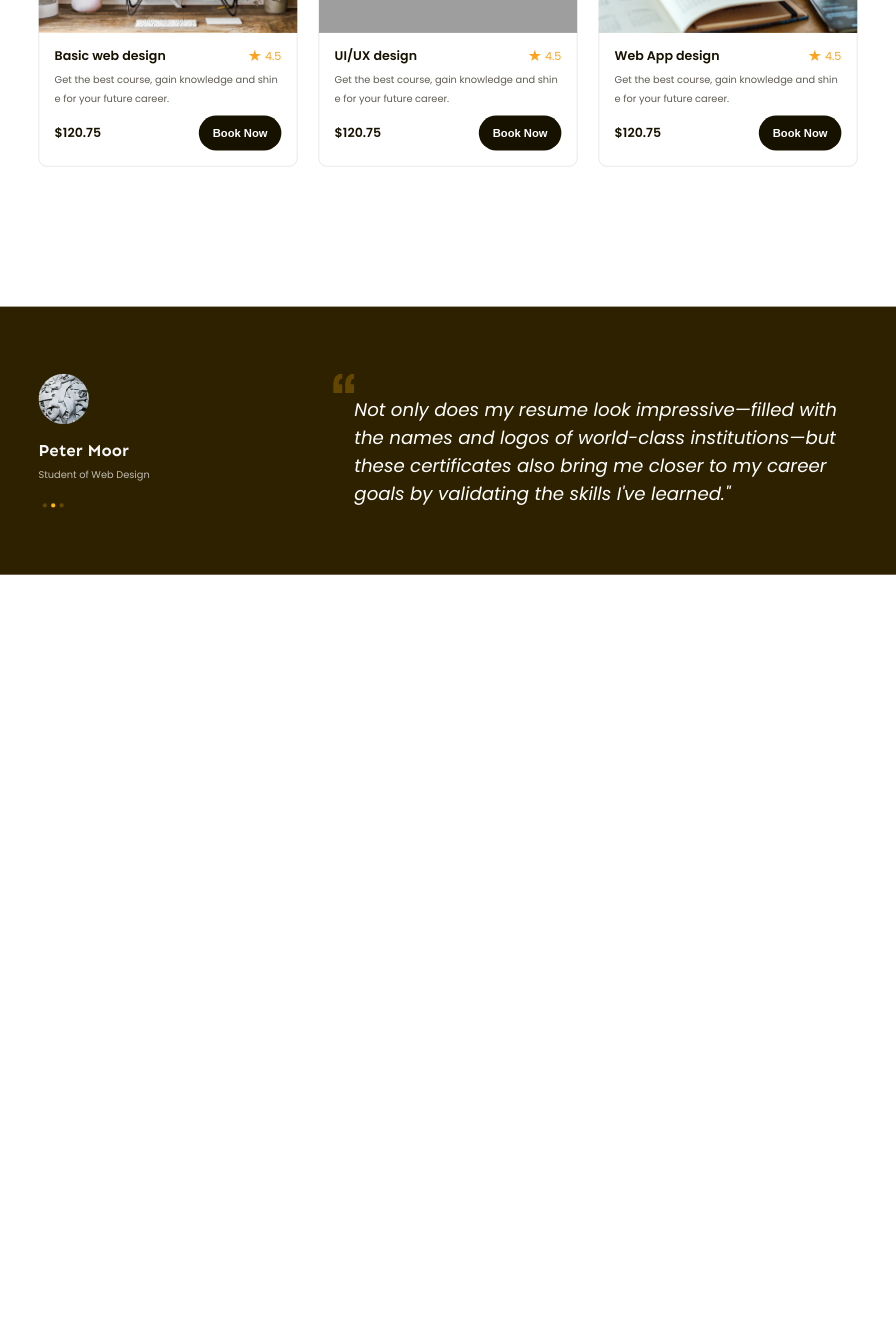
Repository: dovanlanh/f8-project-02
Page: index.html
The author's editor kept a copy of each file at every save. The page is drawn from the files as they stood at one save, then again after the next save.
The browser window is 1280 px wide. The pictures show the part of the page from y = 1510 to 3430 px (the page is 10000 px tall), at 70% of full size.
Pictures or frames that could not be fetched are drawn as grey boxes.

Above is the page before, as saved 2023-02-05 23:53:06.

### index.html
<!DOCTYPE html>
<html lang="en">
<head>
    <meta charset="UTF-8">
    <meta http-equiv="X-UA-Compatible" content="IE=edge">
    <meta name="viewport" content="width=device-width, initial-scale=1.0">
    <title>F8 Project 02</title>
    <!-- reset css -->
    <link rel="stylesheet" href="./assets/css/reset.css">
    <!-- embed fonts -->
    <link rel="preconnect" href="https://fonts.googleapis.com">
    <link rel="preconnect" href="https://fonts.gstatic.com" crossorigin>
    <link href="https://fonts.googleapis.com/css2?family=Poppins:ital,wght@0,400;0,500;0,600;0,700;1,400&family=Sen:wght@700&display=swap" rel="stylesheet">
    <!-- style -->
    <link rel="stylesheet" href="./assets/css/styles.css">
</head>
<body>
    <main style=" height: 10000px">
        <!-- header  -->
        <header class="header fixed">
            <div class="main-content">
                    <div class="body">
                        <!-- logo -->
                        <img src="./assets/img/Lesson.svg" alt="Lesson" class="Logo">
                        <!-- nav -->
                        <nav class="nav">
                            <ul>
                                <li class="active">
                                    <a href="#!">Home</a>
                                </li>
                                <li>
                                    <a href="#!">Courses</a>
                                </li>
                                <li>
                                    <a href="#!">Pricing</a>
                                </li>
                                <li>
                                    <a href="#!">Reviews</a>
                                </li>
                            </ul>
                        </nav>
                        <!-- active -->
                        <div class="action">
                            <a href="#!" class="btn sign-up-btn">Sign Up</a>
                        </div>
                    </div>
            </div>
        </header>
        <!-- Hero -->
        <div class="hero">
            <div class="main-content">
                <div class="body">
                    <!-- Hero left -->
                    <div class="media-block">
                        <img src="./assets/img/guy-lesson.svg" alt="" class="img">
                        <div class="hero-summary">
                            <div class="item">
                                <div class="icon">
                                    <img src="./assets/img/list-icon1.svg" alt="">
                                </div>
                                <div class="info">
                                    <p class="label">20 Courses</p>
                                    <p class="tittle">UI/UX Design</p>
                                </div>
                            </div>
                            <div class="item">
                                <div class="icon">
                                    <img src="./assets/img/list-icon2.svg" alt="">
                                </div>
                                <div class="info">
                                    <p class="label">20 Courses</p>
                                    <p class="tittle">Development</p>
                                </div>
                            </div>
                            <div class="item">
                                <div class="icon">
                                    <img src="./assets/img/list-icon3.svg" alt="">
                                </div>
                                <div class="info">
                                    <p class="label">30 Courses</p>
                                    <p class="tittle">Marketing</p>
                                </div>
                            </div>
                        </div>
                    </div>
                    <!-- hero-right -->
                    <div class="content-block">
                        <h1 class="heading lv1">Learn without limits and spread knowledge.</h1>
                        <p class="desc">
                            Build new skills for that “this is my year” feeling with courses, certificates, and degrees from world-class universities and companies.
                        </p>
                            <div class="cta-group">
                                <a href="#!" class="btn hero-cta">See Courses</a>
                                <button class="watch-video">
                                    <div class="icon">
                                        <img src="./assets/img/icon-watch-video.svg" alt="">
                                    </div>
                                    <span>Watch Video</span>
                                </button>
                            </div>
                        <p class="desc">Recent engagement</p>
                        <div class="desc stats">
                            <strong>50K</strong>Students
                            <strong>70+</strong>Courses
                        </div>
                    </div>
                </div>
            </div>
        </div>
        <!-- Popular -->
        <div class="popular">
            <div class="main-content">
                <!-- popular top -->
                <div class="popular-top">
                    <div class="info">
                        <h2 class="heading lv2">Our popular courses</h2>
                        <p class="desc">Build new skills with new trendy courses and shine for the next future career.</p>
                    </div>
                    <div class="controls">
                        <button class="control-btn">
                            <svg width="8" height="14" viewBox="0 0 8 14" fill="none" xmlns="http://www.w3.org/2000/svg">
                                <path d="M7 1L1 7L7 13" stroke="currentColor" stroke-linecap="round" stroke-linejoin="round"/>
                            </svg>
                        </button>
                        <button class="control-btn">
                            <svg width="8" height="14" viewBox="0 0 8 14" fill="none" xmlns="http://www.w3.org/2000/svg">
                                <path d="M1 1L7 7L1 13" stroke="currentColor" stroke-linecap="round" stroke-linejoin="round"/>
                            </svg>
                        </button>
                    </div>
                </div>
                <!-- popular-bottom -->
                <div class="course-list">
                    <!-- course item 1 -->
                    <div class="course-item">
                        <img src="./assets/img/img-popular/course1.jpg" alt="Basic web design" class="thumb">
                        <div class="info">
                            <div class="head">
                                <h3 class="tittle line-clamp break-all">Basic web design</h3>
                                <div class="rating">
                                    <img src="./assets/img/Star.svg" alt="star" class="star">
                                    <span class="value">4.5</span>
                                </div>
                            </div>
                            <p class="desc-course line-clamp line-2 break-all">Get the best course, gain knowledge and shine for your future career.</p>
                            <div class="foot">
                                <span class="price">$120.75</span>
                                <button class="btn">Book Now</button>
                            </div>
                        </div>
                    </div>
                    <!-- course item 2 -->
                    <div class="course-item">
                        <img src="./assets/img/img-popular/course2.jpg" alt="UI/UX design" class="thumb">
                        <div class="info">
                            <div class="head">
                                <h3 class="tittle line-clamp break-all">UI/UX design</h3>
                                <div class="rating">
                                    <img src="./assets/img/Star.svg" alt="star" class="star">
                                    <span class="value">4.5</span>
                                </div>
                            </div>
                            <p class="desc-course line-clamp line-2 break-all">Get the best course, gain knowledge and shine for your future career.</p>
                            <div class="foot">
                                <span class="price">$120.75</span>
                                <button class="btn">Book Now</button>
                            </div>
                        </div>
                    </div>
                    <!-- course item 3 -->
                    <div class="course-item">
                        <img src="./assets/img/img-popular/course3.jpg" alt="Web App design" class="thumb">
                        <div class="info">
                            <div class="head">
                                <h3 class="tittle line-clamp break-all">Web App design</h3>
                                <div class="rating">
                                    <img src="./assets/img/Star.svg" alt="star" class="star">
                                    <span class="value">4.5</span>
                                </div>
                            </div>
                            <p class="desc-course line-clamp line-2 break-all">Get the best course, gain knowledge and shine for your future career.</p>
                            <div class="foot">
                                <span class="price">$120.75</span>
                                <button class="btn">Book Now</button>
                            </div>
                        </div>
                    </div>
                </div>
            </div>
        </div>
        <!-- feedback -->
        <div class="feedback">
            <div class="main-content">
                <div class="feedback-list">
                    <div class="feedback-item">
                        <!-- fdb-left -->
                        <div class="info">
                            <img src="./assets/img/img-quotes.jpg" alt="Peter Moor" class="feedback-avt">
                            <p class="tittle-fdb">Peter Moor</p>
                            <p class="desc-fdb">Student of Web Design</p>
                            <div class="dots">
                                <span class="dot"></span>
                                <span class="dot active"></span>
                                <span class="dot"></span>
                            </div>
                        </div>
                        <!-- fdb-right -->
                        <div class="content-fdb">
                            <img src="./assets/img/open-quotes.svg" alt="open quotes" class="open-quotes">
                            <blockquote>
                                Not only does my resume look impressive—filled with the names and logos of world-class institutions—but these certificates also bring me closer to my career goals by validating the skills I've learned."
                            </blockquote>
                        </div>
                    </div>
                </div>
            </div>
        </div>
    </main>
</body>
</html>

### assets/css/styles.css
* {
    box-sizing: border-box;
}
:root {
    --font-heading: sen, sans-serif;
    --primary-color:#FFB900;
}
html,
body {
    scroll-behavior: smooth;
    font-size: 62.5%;
}

html {
    font-size: 62.5%;
}

body {
    font-size: 1.6rem;
    font-family: 'Poppins', sans-serif;
}

/* common */
.break-all {
    word-break: break-all;
}
.line-clamp {
    display: -webkit-box;
    -webkit-line-clamp: var(--line-clamp, 1);
    -webkit-box-orient: vertical;
    overflow: hidden;
}
.line-clamp.line-2 {
    --line-clamp: 2;
}
.heading {
    font-family: var(--font-heading);
    font-weight: 700;
    letter-spacing: -0.02em;
    color: #171100;
}
a {
    text-decoration: none;
}
.main-content {
    width: 1170px;
    max-width: calc(100% - 48px);
    margin-left: auto;
    margin-right: auto;
}
.btn {
    min-width: 118px;
    display: inline-block;
    padding: 0 16px;
    align-items: center;
    line-height: 50px;
    font-weight: 600;
    font-size: 1.6rem;
    text-align: center;
    color: #FFFFFF;
    background: #171100;
    border-radius: 999px;
}
.btn:hover {
    opacity: 0.9;
}
/* header */
.header {
    background:#FFFCF4;
}
.header.fixed {
    position: sticky;
    top: -32px;
    z-index: 1;
}
.header .body {
    display: flex;
    align-items: center;
    padding: 36px 0 8px;
}
.nav ul {
    display: flex;
}

.nav {
    margin-left: auto;
}
.nav a {
    position: relative;
    padding: 8px 21px;
    font-weight: 400;
    font-size: 1.6rem;
    color: #5F5B53;
}
.nav a:hover,
.nav li.active a {
    text-shadow: 1px 0 0 currentColor;
    color: #171100;
}
.nav li.active a::after {
    left: 21px;
    bottom: 6px;
    display: block;
    content: "";
    position: absolute;
    width: 12px;
    height: 2px;
    background: #171100;
    border-radius: 1px;
}
.header .sign-up-btn {
    min-width: 144px;
}
.header .action {
    margin-left: 49px;
}

/* hero */
.hero {
    padding: 56px 0 65px;
    background:#FFFCF4;
}
.hero .body {
    display: flex;
}
/* hero left */
.hero .media-block {
    width: 48%;
    position: relative;
}

.hero .media-block .img {
    width: 470px;
    height: 685px;
    object-fit: cover;
    border-radius: 20px;
    display: block;
}
.hero .media-block .hero-summary {
    position: absolute;
    right: 0;
    bottom: 48px;
}
.hero .hero-summary {
    width: 270px;
    padding: 24px;
    background: #FFFFFF;
    box-shadow: 0px 16px 32px rgba(0, 0, 0, 0.05);
    border-radius: 12px;
}
.hero-summary .item {
    display: flex;
    align-items: center;
}
.hero-summary .icon {
    width: 48px;
    height: 48px;
    border-radius: 50%;
    display: flex;
    align-items: center;
    justify-content: center;
    background: #FFF9E8;
}
.hero-summary .info {
    margin-left: 16px;
}
.hero-summary .label {
    font-weight: 400;
    font-size: 1.4rem;
    line-height: 1.86;
    color: #5F5B53;
}
.hero-summary .tittle {
    font-weight: 600;
    font-size: 1.8rem;
    line-height: 1.67;
    color: #171100;
}
.hero-summary .item + .item {
    margin-top: 22px;
}
.hero-summary .item:nth-of-type(2) .icon {
    background: #FCEFFF;
}
.hero-summary .item:nth-of-type(3) .icon {
    background: #EBEAFF;
}
/* hero right */
.hero .content-block {
    width: 52%;
    padding: 64px 0 0 130px;
}
.hero .content-block .heading.lv1 {
    font-size: 5.8rem;
    line-height: 1.17;
}
.content-block .desc {
    margin-top: 22px;
    font-weight: 400;
    font-size: 1.8rem;
    line-height: 1.67;
    color: #5F5B53;
}
.content-block .cta-group {
    margin: 38px 0 48px;
}
.content-block .cta-group .hero-cta{
    min-width: 180px;
    background-color: var(--primary-color);
    line-height: 64px;
}
.content-block .cta-group {
    display: flex;
    align-items: center;
}
.hero .watch-video {
    margin-left: 28px;
    display: flex;
    align-items: center;
    border: none;
    background: transparent;
    cursor: pointer;

}
.cta-group span {
    font-family: 'poppins', sans-serif;
    margin-left: 14px;
    font-weight: 600;
    font-size: 1.8rem;
    line-height: 1.67;
    color: #171100;
}
.hero .watch-video .icon {
    display: flex;
    align-items: center;
    justify-content: center;
    width: 40px;
    height: 40px;
    background: #FFFFFF;
    box-shadow: 0px 8px 16px rgba(0, 0, 0, 0.07);
    border-radius: 50%;
    cursor: pointer;
}
.hero .watch-video .icon:hover {
    background: orange;
    opacity: 0.5;
}
.hero .stats {
    margin: 8px 0 0 -28px;

}
.hero .stats strong {
    --font-heading: sen, sans-serif;
    padding: 0 8px 0 28px;
    font-weight: 700;
    font-size: 4.4rem;
    line-height: 1.23;
    color: #171100;
}
/* popular */
.popular {
    padding: 65px 0;
    margin-top: 135px;
}
.popular .heading.lv2 {
    font-size: 3.8rem;
    line-height: 1.26;
}
.popular .desc {
    margin-top: 16px;
    width: 458px;
    font-weight: 400;
    font-size: 1.8rem;
    line-height: 1.67;
    color: #5F5B53;
}
.popular .popular-top {
    display: flex;
    justify-content: space-between;
    align-items: center;
}
.popular-top .controls {
    display: flex;
    gap: 18px;
}
.popular-top .control-btn {
    display: flex;
    align-items: center;
    justify-content: center;
    width: 40px;
    height: 40px;
    color: var(--primary-color);
    border: 1px solid var(--primary-color);
    border-radius: 50%;
    background: transparent;
}
.popular-top .control-btn:hover {
    color: #fff;
    background: var(--primary-color);
    cursor: pointer;
}
/* Course list */
.popular .course-list {
    display: flex;
    gap: 30px;
    margin-top: 55px;
}
.popular .course-item {
    flex: 1;
    width: 370px;
    background: #FFFFFF;
    border: 1px solid #E2DFDA;
    border-radius: 12px;
}
.popular .course-item .thumb {
    width: calc(100% + 2px);
    height: 278px;
    margin: -1px;
    object-fit: cover;
    border-radius: 12px 12px 0px 0px;
}
.popular .course-item .info {
    padding: 16px 22px 22px;
}
.popular .course-item .foot,
.popular .course-item .rating,
.popular .course-item .head {
    display: flex;
    align-items: center;
    justify-content: space-between;
}
.popular .course-item .tittle {
    padding-right: 6px;
    font-weight: 600;
    font-size: 1.8rem;
    line-height: 1.67;
    color: #171100;
}
.popular .course-item .rating .value {
    margin-left: 6px;
    font-weight: 400;
    font-size: 1.6rem;
    line-height: 1.75;
    color: #FEA31B;
}
.popular .course-item .desc-course {
    margin-top: 6px;
    font-weight: 400;
    font-size: 1.4rem;
    line-height: 1.86;
    color: #5F5B53;
}
.popular .foot {
    margin-top: 12px;
}
.popular .foot .price{
    font-weight: 600;
    font-size: 1.8rem;
    line-height: 1.67;
    color: #171100;
}
.popular .foot .btn {
    height: 50px;
    border: none;
}
.popular .foot .btn:hover {
    background: #FFB900;
    transition: 0.2s;
}
/* feedback */
.feedback {
    margin-top: 135px;
    background: #2E2100;
    padding: 96px 0;
}
.feedback .feedback-item {
    display: flex;
}
.feedback-item .feedback-avt {
    width: 72px;
    height: 72px;
    object-fit: cover;
    border-radius: 50%;
}
.feedback-item .tittle-fdb {
    font-family: var(--font-heading);
    margin-top: 18px;
    font-weight: 700;
    font-size: 2.4rem;
    line-height: 1.42;
    color: #F7F7F7;
}
.feedback-item .desc-fdb {
    margin-top: 4px;
    font-weight: 400;
    font-size: 1.4rem;
    line-height: 1.86;
    color: #BFBCB3;
}
.feedback-item .dots {
    display: flex;
    margin-top: 28px;
}
.feedback-item .dot {
    width: 6px;
    height: 6px;
    margin-left: 6px;
    border-radius: 50%;
    background: #634700;
}
.feedback-item .dot.active{
    background: #FFB900;
    transition: 0.2s;
}
.feedback-item .content-fdb {
    width: 64%;
    margin-left: auto;
}
.content-fdb blockquote {
    margin-left: 30px;
    font-style: italic;
    font-weight: 400;
    font-size: 2.6rem;
    line-height: 1.54;
    color: #FFFFFF;
}

Loaded but not shown: assets/css/reset.css (common file)

After the next save:
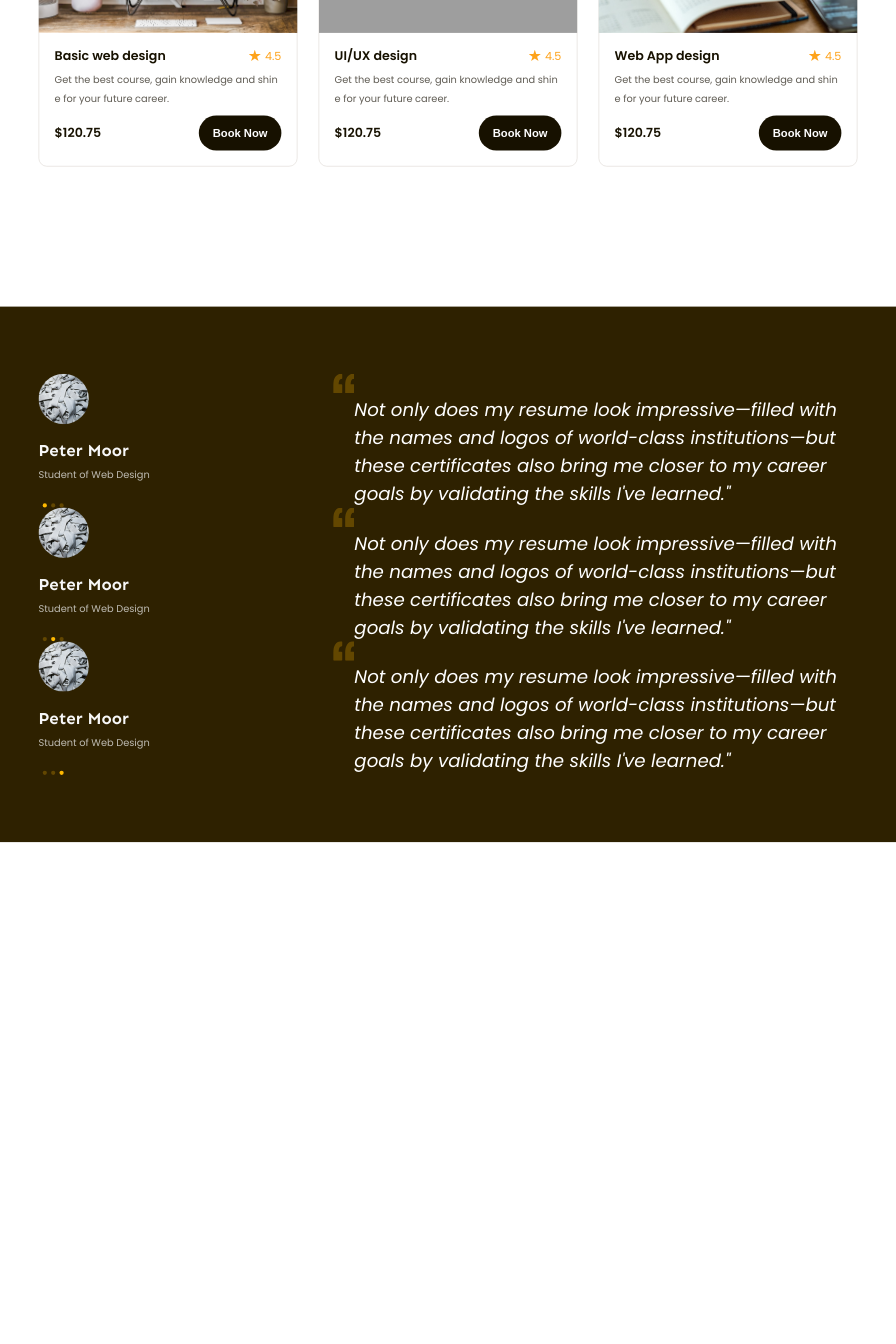
Saved 17 h 26 min later.
--- a/index.html
+++ b/index.html
@@ -192,6 +192,7 @@
         <div class="feedback">
             <div class="main-content">
                 <div class="feedback-list">
+                    <!-- item 1 -->
                     <div class="feedback-item">
                         <!-- fdb-left -->
                         <div class="info">
@@ -199,8 +200,8 @@
                             <p class="tittle-fdb">Peter Moor</p>
                             <p class="desc-fdb">Student of Web Design</p>
                             <div class="dots">
-                                <span class="dot"></span>
                                 <span class="dot active"></span>
+                                <span class="dot"></span>
                                 <span class="dot"></span>
                             </div>
                         </div>
@@ -212,6 +213,48 @@
                             </blockquote>
                         </div>
                     </div>
+                    <!-- item 2 -->
+                    <div class="feedback-item">
+                        <!-- fdb-left -->
+                        <div class="info">
+                            <img src="./assets/img/img-quotes.jpg" alt="Peter Moor" class="feedback-avt">
+                            <p class="tittle-fdb">Peter Moor</p>
+                            <p class="desc-fdb">Student of Web Design</p>
+                            <div class="dots">
+                                <span class="dot"></span>
+                                <span class="dot active"></span>
+                                <span class="dot"></span>
+                            </div>
+                        </div>
+                        <!-- fdb-right -->
+                        <div class="content-fdb">
+                            <img src="./assets/img/open-quotes.svg" alt="open quotes" class="open-quotes">
+                            <blockquote>
+                                Not only does my resume look impressive—filled with the names and logos of world-class institutions—but these certificates also bring me closer to my career goals by validating the skills I've learned."
+                            </blockquote>
+                        </div>
+                    </div>
+                    <!-- item 3 -->
+                    <div class="feedback-item">
+                        <!-- fdb-left -->
+                        <div class="info">
+                            <img src="./assets/img/img-quotes.jpg" alt="Peter Moor" class="feedback-avt">
+                            <p class="tittle-fdb">Peter Moor</p>
+                            <p class="desc-fdb">Student of Web Design</p>
+                            <div class="dots">
+                                <span class="dot"></span>
+                                <span class="dot"></span>
+                                <span class="dot active"></span>
+                            </div>
+                        </div>
+                        <!-- fdb-right -->
+                        <div class="content-fdb">
+                            <img src="./assets/img/open-quotes.svg" alt="open quotes" class="open-quotes">
+                            <blockquote>
+                                Not only does my resume look impressive—filled with the names and logos of world-class institutions—but these certificates also bring me closer to my career goals by validating the skills I've learned."
+                            </blockquote>
+                        </div>
+                    </div>
                 </div>
             </div>
         </div>
